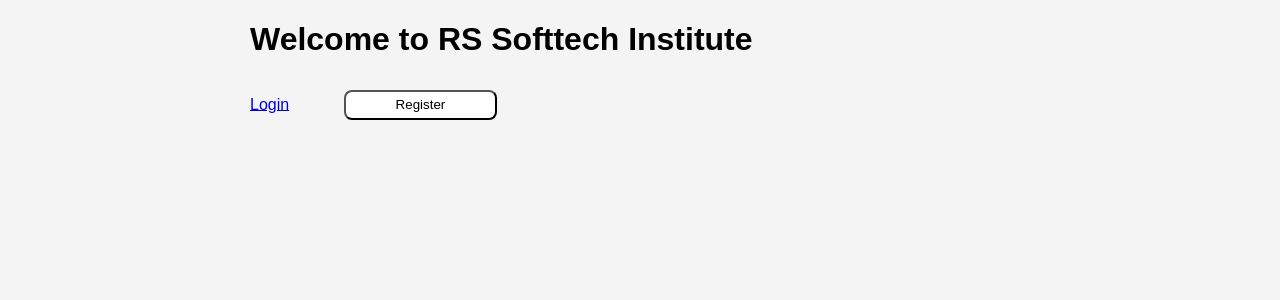
Repository: kkale14/My_allpr
Page: Kalyani1/src/main/webapp/Newpage.html
An editor plug-in stored every save of this project. The page is shown before and after the next save, followed by the edit.
The browser window is 1280 px wide. The pictures show the whole page.

Above is the page before, as saved 2025-03-03 09:38:53.

### Kalyani1/src/main/webapp/Newpage.html
<!DOCTYPE html>
<html>
<head>
<meta charset="UTF-8">
<title>Insert title here</title>


</head>
<body>

 <style>
        body {
            font-family: Arial, sans-serif;
            background-color: #f4f4f4;
             margin-left: 250px;
            padding: 0px;
        }
        h2 {
            text-align: center;
            color: #333;
        }
        .container{
          width: 20;
          height:30px;
          text-align:center;
            margin: 10px;
            margin-left:50px;
            padding-left: 50px;
            padding-right:50px;
            background-color: white;
            border-radius: 8px;

        }

        </style>
<h1> Welcome to RS Softtech Institute </h1>
<label for="student"></label>
 <a  type="submit" value="login" href="login.html"> Login</a>
 <button class= "container" type="submit" value="Submit">Register</button>



</body>
</html>

After the next save:
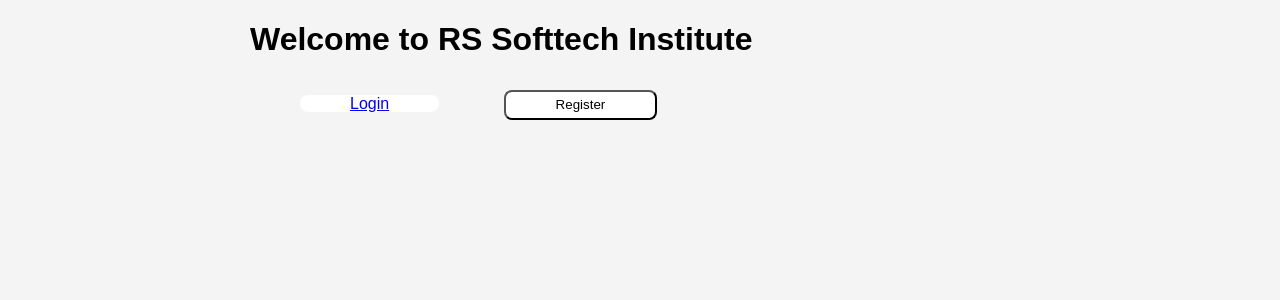
Saved 23 s later.
--- a/Kalyani1/src/main/webapp/Newpage.html
+++ b/Kalyani1/src/main/webapp/Newpage.html
@@ -35,7 +35,7 @@
         </style>
 <h1> Welcome to RS Softtech Institute </h1>
 <label for="student"></label>
- <a  type="submit" value="login" href="login.html"> Login</a>
+ <a  type="submit" class="container" value="login" href="login.html"> Login</a>
  <button class= "container" type="submit" value="Submit">Register</button>
 
 
